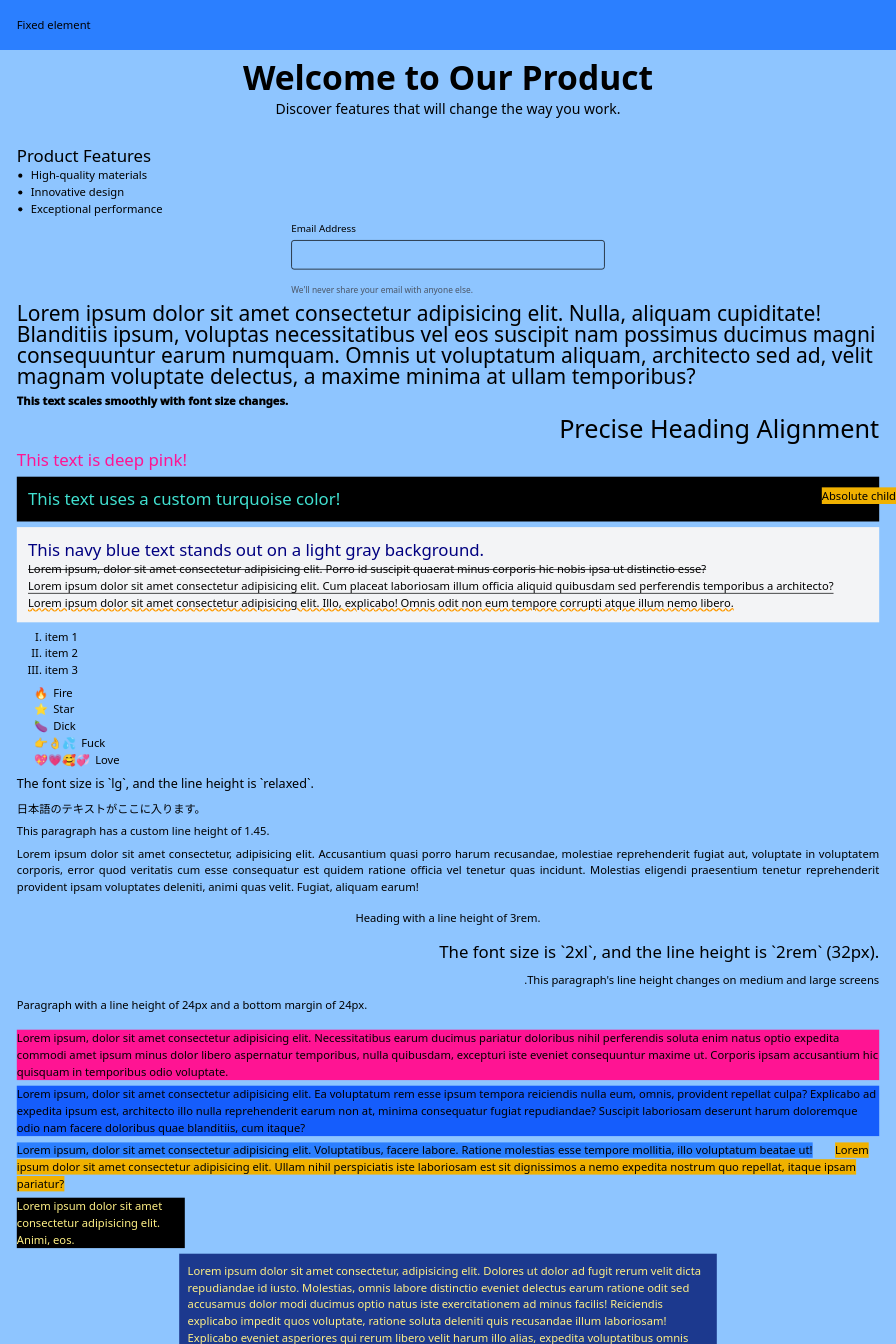
Repository: DinTri/TailwindCss
Page: index.html
The author's editor kept a copy of each file at every save. The page is drawn from the files as they stood at one save, then again after the next save.
The browser window is 1280 px wide. The pictures show the part of the page from y = 0 to 1920 px (the page is 4277 px tall), at 70% of full size.
Some web fonts or font styles are not loaded; a fallback is used.

Above is the page before, as saved 2025-06-16 10:17:45.

### index.html
<!DOCTYPE html>
<html lang="en" class="dark">
  <head>
    <meta charset="UTF-8">
    <meta name="viewport" content="width=device-width, initial-scale=1">
    <title>Play with Tailwind</title>
    <link rel="preconnect" href="https://fonts.googleapis.com">
<link rel="preconnect" href="https://fonts.gstatic.com" crossorigin>
<link href="https://fonts.googleapis.com/css2?family=Edu+VIC+WA+NT+Hand+Pre:wght@400..700&display=swap" rel="stylesheet">
    <link rel="stylesheet" href="style.css">
    </head>
  <body class="h-screen bg-blue-300">
    <div class="m-2 p-4 space-y-2">
      <section class="text-center py-6">
  <h1 class="text-5xl leading-tight font-bold mt-8">
    Welcome to Our Product
  </h1>
  <p class="text-xl leading-relaxed">
    Discover features that will change the way you work.
  </p>
</section>
<div class="product-description">
  <h2 class="text-2xl leading-snug">
    Product Features
  </h2>
  <ul class="list-disc pl-5 leading-normal">
    <li>High-quality materials</li>
    <li>Innovative design</li>
    <li>Exceptional performance</li>
  </ul>
</div>
<form class="max-w-md mx-auto">
  <label id="testLabel" class="block text-sm leading-tight mb-2">
    Email Address
  </label>
  <input type="email" aria-labelledby="testLabel" class="w-full border rounded px-3 py-2 mb-4">
  <small class="text-xs leading-snug text-gray-600">
    We'll never share your email with anyone else.
  </small>
</form>
    <p class="text-3xl leading-none">Lorem ipsum dolor sit amet consectetur adipisicing elit. Nulla, aliquam cupiditate! Blanditiis ipsum, voluptas necessitatibus vel eos suscipit nam possimus ducimus magni consequuntur earum numquam. Omnis ut voluptatum aliquam, architecto sed ad, velit magnam voluptate delectus, a maxime minima at ullam temporibus?</p>
    <p class="text-base leading-normal font-[var(--font-extbold)]">
  This text scales smoothly with font size changes.
</p>
<h1 class="text-4xl leading-10 text-right">
  Precise Heading Alignment
</h1>
<p class="text-2xl font-medium text-[var(--color-deeppink)]">
  This text is deep pink!
</p>
<div class="bg-black p-4">
<p class="text-2xl text-[var(--color-turquoise)]">
  This text uses a custom turquoise color!
</p>
</div>
<div class="bg-gray-100 p-4">
  <p class="text-[#000080] text-2xl">
    This navy blue text stands out on a light gray background.
  </p>
  <p class="line-through">Lorem ipsum, dolor sit amet consectetur adipisicing elit. Porro id suscipit quaerat minus corporis hic nobis ipsa ut distinctio esse?</p>
  <p class="underline underline-offset-4">Lorem ipsum dolor sit amet consectetur adipisicing elit. Cum placeat laboriosam illum officia aliquid quibusdam sed perferendis temporibus a architecto?</p>
  <p class="underline decoration-amber-500 decoration-wavy">Lorem ipsum dolor sit amet consectetur adipisicing elit. Illo, explicabo! Omnis odit non eum tempore corrupti atque illum nemo libero.</p>
</div>
<ul class="list-[upper-roman] p-[revert]">
  <li>item 1</li>
  <li>item 2</li>
  <li>item 3</li>
</ul>
<ul class="list-emoji pl-6">
  <li class="before:content-['🔥'] before:mr-2">Fire</li>
  <li class="before:content-['⭐'] before:mr-2">Star</li>
  <li class="before:content-['🍆'] before:mr-2">Dick</li>
  <li class="before:content-['👉👌💦'] before:mr-2">Fuck</li>
  <li class="before:content-['💖💗🥰💞'] before:mr-2">Love</li>
</ul>
<p class="text-lg/relaxed">
  The font size is `lg`, and the line height is `relaxed`.
</p>
<p class="leading-relaxed" lang="ja">
  日本語のテキストがここに入ります。
</p>
<p class="leading-[1.45]">
  This paragraph has a custom line height of 1.45.
</p>
<p class="text-justify">Lorem ipsum dolor sit amet consectetur, adipisicing elit. Accusantium quasi porro harum recusandae, molestiae reprehenderit fugiat aut, voluptate in voluptatem corporis, error quod veritatis cum esse consequatur est quidem ratione officia vel tenetur quas incidunt. Molestias eligendi praesentium tenetur reprehenderit provident ipsam voluptates deleniti, animi quas velit. Fugiat, aliquam earum!</p>
<h1 class="leading-[3rem] text-center">
  Heading with a line height of 3rem.
</h1>
<p class="text-2xl/8 text-end">
  The font size is `2xl`, and the line height is `2rem` (32px).
</p>
<p class="leading-normal md:leading-relaxed lg:leading-loose text-start" dir="rtl">
  This paragraph's line height changes on medium and large screens.
</p>
<p class="text-base leading-6 mb-6">
  Paragraph with a line height of 24px and a bottom margin of 24px.
</p>
<div class="space-y-2">
  <p class="bg-[var(--color-deeppink)]">Lorem ipsum, dolor sit amet consectetur adipisicing elit. Necessitatibus earum ducimus pariatur doloribus nihil perferendis soluta enim natus optio expedita commodi amet ipsum minus dolor libero aspernatur temporibus, nulla quibusdam, excepturi iste eveniet consequuntur maxime ut. Corporis ipsam accusantium hic quisquam in temporibus odio voluptate.</p>
  <p class="bg-blue-600">Lorem ipsum, dolor sit amet consectetur adipisicing elit. Ea voluptatum rem esse ipsum tempora reiciendis nulla eum, omnis, provident repellat culpa? Explicabo ad expedita ipsum est, architecto illo nulla reprehenderit earum non at, minima consequatur fugiat repudiandae? Suscipit laboriosam deserunt harum doloremque odio nam facere doloribus quae blanditiis, cum itaque?</p>
</div>
<div class="space-x-8">
  <span class="bg-blue-500">Lorem ipsum, dolor sit amet consectetur adipisicing elit. Voluptatibus, facere labore. Ratione molestias esse tempore mollitia, illo voluptatum beatae ut!</span><span class="bg-yellow-500">Lorem ipsum dolor sit amet consectetur adipisicing elit. Ullam nihil perspiciatis iste laboriosam est sit dignissimos a nemo expedita nostrum quo repellat, itaque ipsam pariatur?</span>
</div>
<p class="bg-black text-yellow-200 w-60">Lorem ipsum dolor sit amet consectetur adipisicing elit. Animi, eos.</p>
<div class="bg-blue-900 text-yellow-200 max-w-screen-md mx-auto p-3">Lorem ipsum dolor sit amet consectetur, adipisicing elit. Dolores ut dolor ad fugit rerum velit dicta repudiandae id iusto. Molestias, omnis labore distinctio eveniet delectus earum ratione odit sed accusamus dolor modi ducimus optio natus iste exercitationem ad minus facilis! Reiciendis explicabo impedit quos voluptate, ratione soluta deleniti quis recusandae illum laboriosam! Explicabo eveniet asperiores qui rerum libero velit harum illo alias, expedita voluptatibus omnis laudantium quam ipsam nulla deserunt nihil unde. Neque itaque, provident laborum impedit aut nobis consequatur eum, quasi dolorem, molestiae nostrum labore. Blanditiis nisi non amet assumenda. Dignissimos et provident ipsam possimus maiores reiciendis beatae. Sequi eaque corporis sit beatae harum placeat consectetur quas tenetur fugiat ratione voluptas nostrum inventore facere magnam voluptates, expedita fuga sunt quasi tempora similique incidunt, doloremque porro blanditiis quidem! Ipsum earum corporis, voluptatem molestiae quidem fugit at, repellat qui adipisci deleniti porro, veritatis dolores illo exercitationem eos tempora possimus? Similique quam velit nobis inventore perspiciatis, amet quis delectus culpa saepe eum, ratione tenetur corrupti neque! Excepturi accusamus possimus, magni totam aliquid, fugit vel unde aut, recusandae voluptatibus debitis perspiciatis at? Assumenda, est sequi! Error, ab? Perspiciatis soluta quod esse eligendi provident omnis. Qui fugit iure nam praesentium quia itaque. Nisi, error?</div>
<div class="bg-blue-700 size-10 mb-3">Trifon</div>
<p class="max-w-xl mx-auto border-4 border-[#ff1493] border-double rounded-lg p-2">Lorem ipsum dolor sit amet consectetur adipisicing elit. Magnam reprehenderit nam doloremque, ipsam saepe culpa modi accusantium ipsa. Quae molestiae temporibus vitae modi? Voluptatibus, sint.</p>
<div class="divide-y-2 divide-amber-400">
  <p class="">Lorem ipsum dolor sit amet consectetur, adipisicing elit. Omnis ducimus odit voluptatibus minima laudantium doloremque non, excepturi deserunt veniam eveniet veritatis. Repellat aut animi aliquam?</p>
  <p class="">Lorem ipsum dolor sit amet consectetur adipisicing elit. Velit temporibus repudiandae quasi esse voluptate omnis voluptatem, repellendus quo maxime eum non eaque! Sint ex nulla quam omnis quae, magnam nisi.</p>
</div>
<div class="divide-x-4 divide-[#ff1493] mb-4"><span>Trifon fucks</span><span>the tiny tight pussy of Lincheto</span></div>
<button class="outline-2 outline-blue-700 outline-offset-4 p-2 flex items-center justify-center mx-auto bg-blue-700 text-white mb-3 cursor-pointer">Click me, pls</button>
<form class="max-w-sm mx-auto space-y-6">
  <div>
  <label for="my">Test States</label>
  <input minlength="6" placeholder="Username" type="text" id="my" class="peer/username w-full border-slate-400 border-2 rounded-md px-3 py-2 mb-1 focus:outline-sky-600" />
  <p class="text-red-500 hidden peer-focus/username:block">Minimum 6 chars</p>
  <button type="submit" class="w-full bg-blue-500 text-white px-3 py-2 cursor-pointer rounded-xl font-semibold hover:bg-sky-700 hover:font-bold active:bg-red-500">Submit</button>
  </div>
  <div>
  <label for="my">Test siblings</label>
  <input minlength="8" type="password" id="my" placeholder="Password" class="peer/password w-full border-slate-400 border-2 rounded-md px-3 py-2 mb-1 focus:outline-sky-600" />
  <p class="text-red-500 hidden peer-invalid/password:block">Minimum 8 chars</p>
  <button type="submit" class="w-full bg-blue-500 text-white px-3 py-2 cursor-pointer rounded-xl font-semibold hover:bg-sky-700 hover:font-bold active:bg-red-500">Submit</button>
  </div>
</form>

<div class="group/parent1 space-y-6 max-w-sm mx-auto mt-6 hover:bg-[#ff1453]">
  <h3 class="font-semibold group-hover/parent1:text-white">This is Trifon's header</h3>
  <p class="text-indigo-800 text-justify group-hover/parent1:text-white">Lorem ipsum dolor, sit amet consectetur adipisicing elit. Pariatur, recusandae ex quod soluta repellendus architecto dolore quis quos tempore eveniet esse, delectus distinctio nesciunt hic ipsum neque iure ad! Blanditiis!</p>
  <button disabled class="group/parent2 group-hover:text-white bg-emerald-800 rounded-2xl disabled:bg-emerald-500 disabled:cursor-not-allowed px-3 py-2">Hover me <span class="hidden group-hover/parent2:inline text-white">You will see some magic, just hover me. Yeah... but you are disabled, shame on you</span></button></div>
  <ul class="flex justify-center align-items:center gap-4 py-3 mx-auto *:text-red-500 font-semibold *:bg-green-500 *:inline *:rounded-xl *:px-3 *:py-2" >
    <li class="">Item 1</li>
    <li class="">Item 2</li>
    <li class="">Item 3</li>
    <li class="">Item 4</li>
    <li class="">Item 5</li>
  </ul>
  <ul class="custom-list flex justify-center items-center gap-4 py-3 mx-auto font-semibold">
    <li>Item 1</li>
    <li>Item 2</li>
    <li>Item 3</li>
    <li>Item 4</li>
    <li>Item 5</li>
</ul>
  <div class="flex flex-col justify-center items-center py-3 mx-auto">
    <p class="max-w-sm mx-auto px-2 py-4 text-sm md:text-xl lg:max-w-md xs:text-3xl font-semibold">Lorem ipsum dolor sit amet consectetur adipisicing elit. Quae sapiente quaerat voluptate ut soluta, animi mollitia eaque pariatur repellat aliquam sed officiis delectus consectetur tempore placeat id itaque ratione, omnis possimus quidem distinctio ullam. Quasi voluptatem adipisci quo dolor. Magni!</p>
    <p class="bg-red-500 md:max-lg:bg-blue-600 mb-4">Lorem ipsum dolor sit amet consectetur adipisicing elit. Laudantium, consequuntur temporibus quisquam assumenda ipsa placeat praesentium maiores quasi quaerat, reprehenderit hic, voluptatibus facilis neque labore odit distinctio officiis adipisci fugiat!</p>
    <p class="px-2 py-3 sup-xs:bg-deeppink sup-md:bg-turquoise sup-lg:text-pink can-hover:hover:underline touch:bg-gray max-sm:font-edu mb-4">Lorem ipsum dolor sit amet consectetur adipisicing elit. Quod tempore consequuntur molestiae maiores accusantium consequatur quae, mollitia earum dolorum ullam error molestias ex veniam. Error exercitationem magnam illum cumque aliquam.</p>
    <p class="px-2 py-3 bg-yellow-400 md-to-lg:bg-blue-600 mb-4 max-w-screen-lg">Lorem ipsum dolor sit amet consectetur adipisicing elit. Eos, sit. Nisi, ipsum iusto quaerat tempora dolorum illo harum. Ab illum pariatur dolores. Delectus excepturi ipsam voluptates perferendis expedita est sint!</p>
  </div>
  <div><h3>Add dark mode below</h3></div>
  <div class="bg-gray-50 dark:bg-gray-800 dark:text-white">Lorem ipsum, dolor sit amet consectetur adipisicing elit. Nemo ab, nobis nulla doloremque tempora eius illum mollitia repellat totam minima saepe cumque laborum officiis tempore sunt deserunt, maxime quas? Magni?</div>
  <button class="dark:text-white mt-4 bg-green-500 px-3 py-2 rounded-2xl mb-4" onClick="document.documentElement.classList.toggle('dark')">Toggle mode</button>
  <div class="bg-[#ff1453] p-10">Play with display</div>
  <p class="">Lorem ipsum dolor sit amet consectetur adipisicing elit. Corporis veniam impedit, ut enim, quas vero ratione nemo veritatis hic quod numquam voluptatibus voluptatum non voluptatem omnis, aliquam repudiandae aperiam!</p>
  <div class="inline-flex border-2 border-b-purple-400">
    <div class="p-10 bg-[#ff1453]"></div>
    <div class="p-10 bg-yellow-400"></div>
    <div class="p-10 bg-green-400"></div>
  </div>
  <div class="fixed top-0 left-0 right-0 p-6 mb-6 bg-blue-500">Fixed element</div>
  <div class="static bottom-0 right-0 p-6 mb-6">
  <p>Static parent</p>
  <div class="absolute bg-yellow-500  bottom-0 right-0 ">
    <p>Absolute child</p>
  </div>
</div>
</div>

  </body>
</html>

Loaded but not shown: style.css (2230 lines, source omitted)

After the next save:
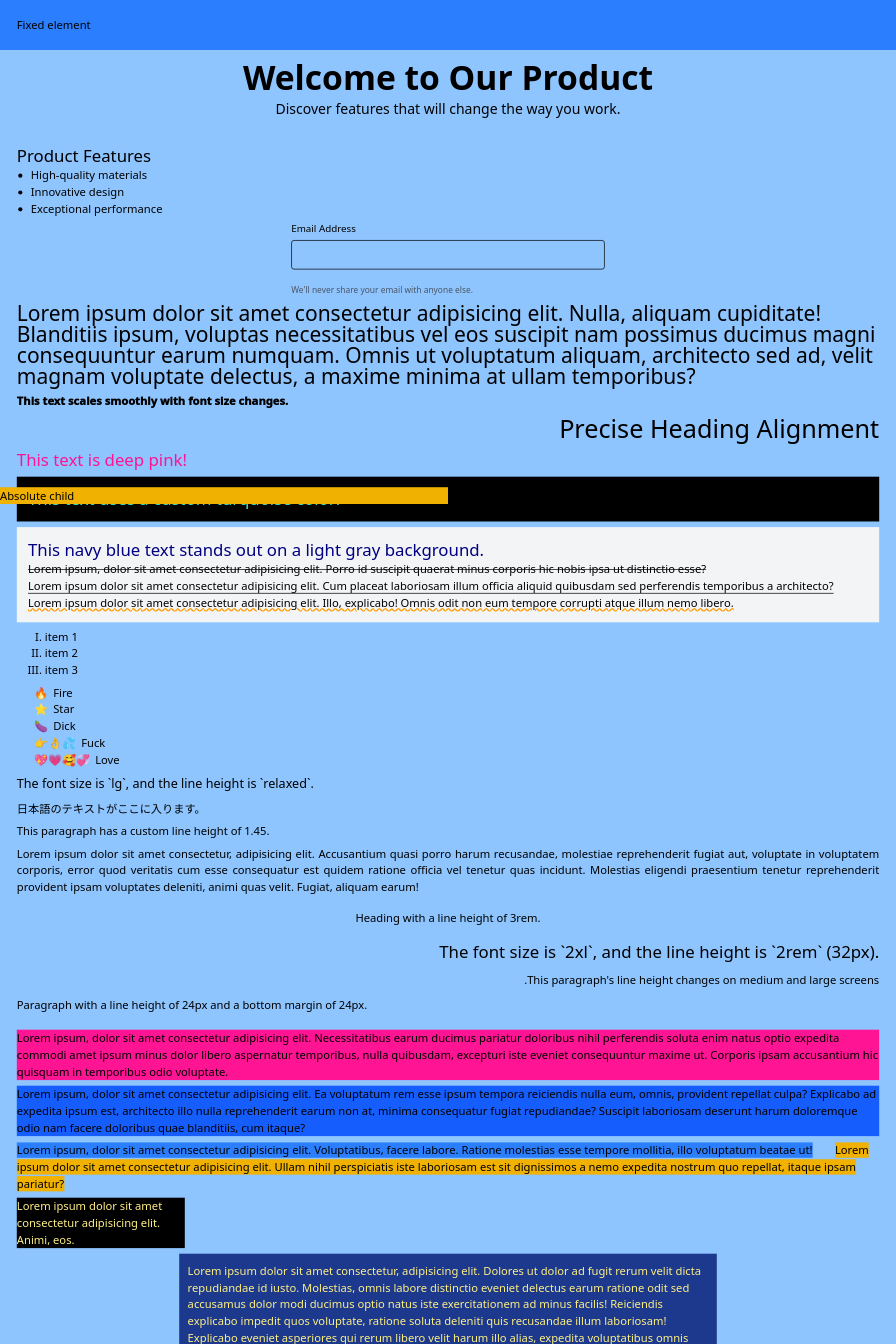
Saved 20 s later.
--- a/index.html
+++ b/index.html
@@ -164,7 +164,7 @@
   <div class="fixed top-0 left-0 right-0 p-6 mb-6 bg-blue-500">Fixed element</div>
   <div class="static bottom-0 right-0 p-6 mb-6">
   <p>Static parent</p>
-  <div class="absolute bg-yellow-500  bottom-0 right-0 ">
+  <div class="absolute bg-yellow-500 left-0 bottom-0 right-1/2 ">
     <p>Absolute child</p>
   </div>
 </div>
